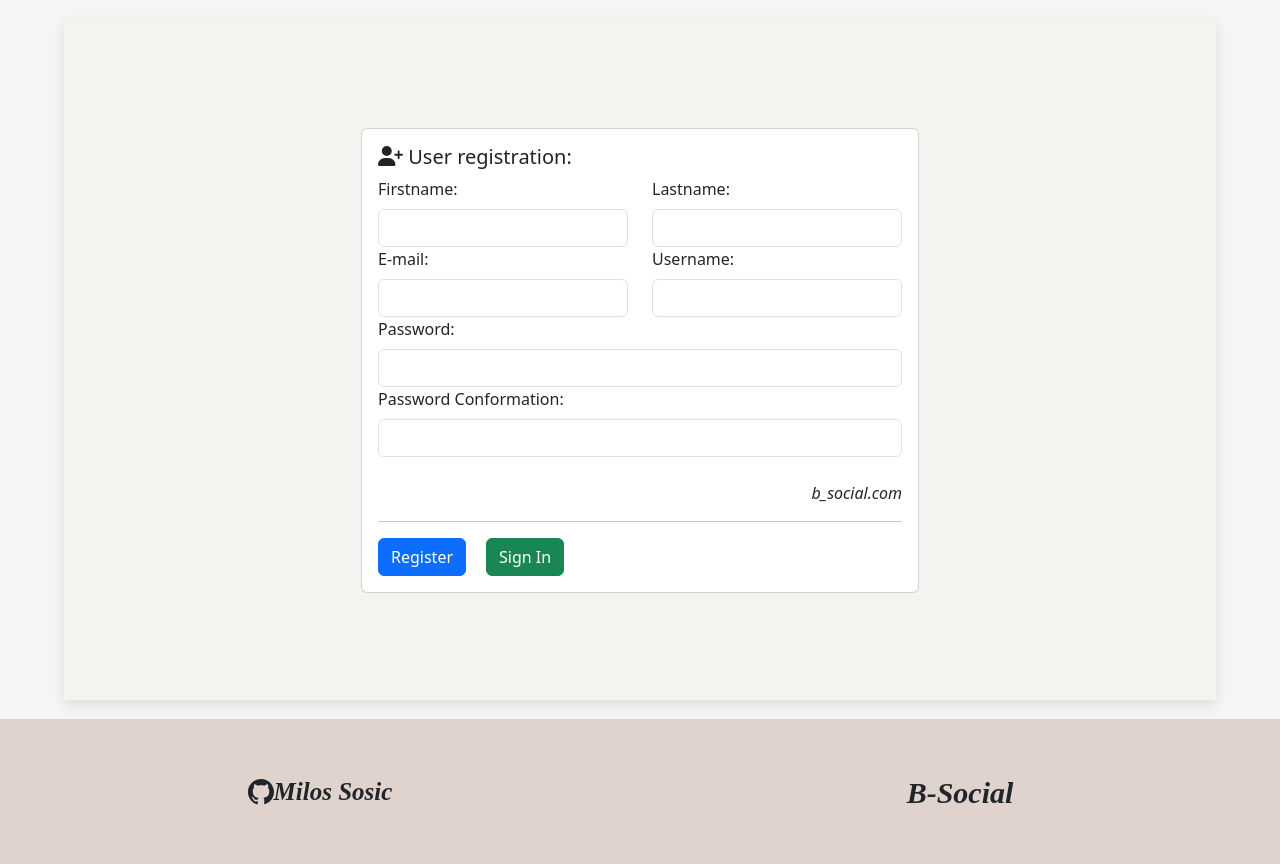
Repository: mcedo1/b-Social-app
Page: /reg
These files come from the project's save history. The page is drawn as it stood at one moment and after the next save; the edit follows.
The browser window is 1280 px wide. The pictures show the whole page.
The project was rebuilt for these pictures with package versions that can differ from the ones it lists, and the page was loaded fresh each time. Also part of the build but not shown: src/config/apiconfig.js, src/API/Api.js, src/components/log.reg.component/Login.js, src/components/main.page.component/MainPage.css, src/components/main.page.component/sideBar.js, src/components/submain.component/Submain.css, src/components/submain.component/Comment.js, src/components/submain.component/Modal.js and 5 more.

Above is the page before, as saved 2024-02-03 10:26:40.

After the next save:
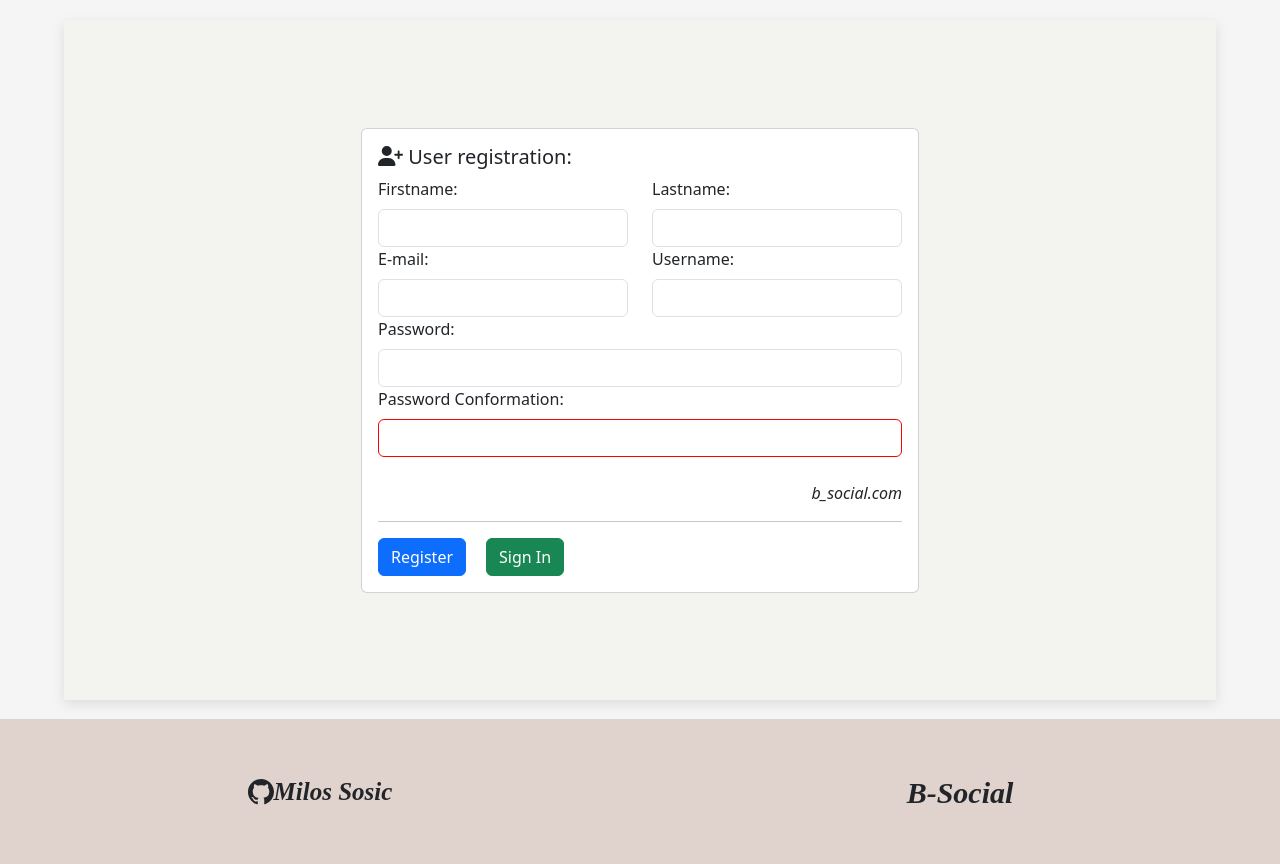
Saved 8 s later.
--- a/src/components/log.reg.component/Registration.js
+++ b/src/components/log.reg.component/Registration.js
@@ -66,7 +66,7 @@
                                     <Form.Label htmlFor="password">Password:</Form.Label>
                                     <Form.Control type='password' id="password" value={user.password} onChange={e=> setUser({...user, password:e.target.value})}/>
                                     <Form.Label htmlFor="password">Password Conformation:</Form.Label>
-                                    <Form.Control type='password' id="password" value={user.password} style={{borderColor:'default'}} onChange={e=> setUser({...user, password:e.target.value})}/>
+                                    <Form.Control type='password' id="password" value={user.password} style={{borderColor:'red'}} onChange={e=> setUser({...user, password:e.target.value})}/>
                                 </Form.Group>
 
                                 <br />

After the save that followed:
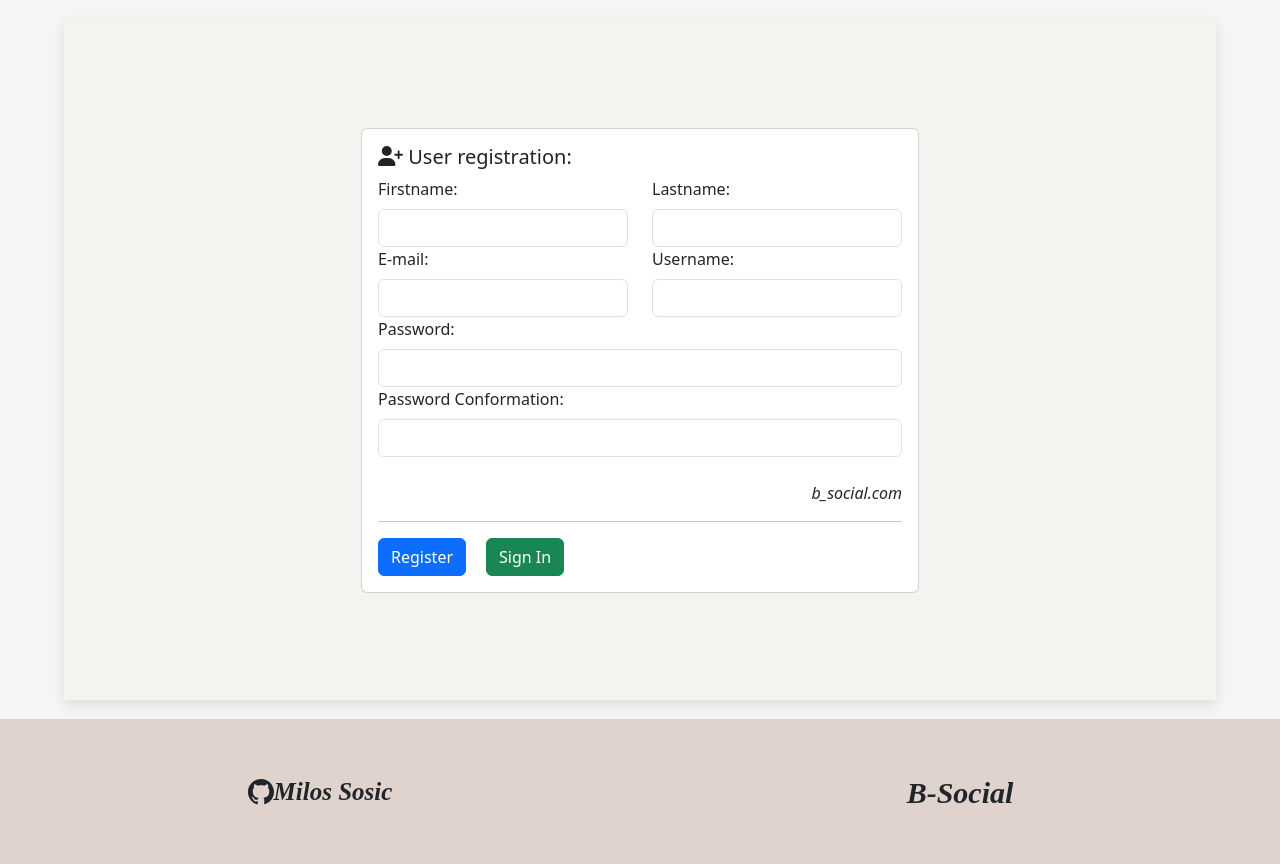
Saved 2 min 14 s later.
--- a/src/components/log.reg.component/Registration.js
+++ b/src/components/log.reg.component/Registration.js
@@ -66,7 +66,7 @@
                                     <Form.Label htmlFor="password">Password:</Form.Label>
                                     <Form.Control type='password' id="password" value={user.password} onChange={e=> setUser({...user, password:e.target.value})}/>
                                     <Form.Label htmlFor="password">Password Conformation:</Form.Label>
-                                    <Form.Control type='password' id="password" value={user.password} style={{borderColor:'red'}} onChange={e=> setUser({...user, password:e.target.value})}/>
+                                    <Form.Control type='password' id="password" value={user.password} style={{borderColor:undefined}} onChange={e=> setUser({...user, password:e.target.value})}/>
                                 </Form.Group>
 
                                 <br />
